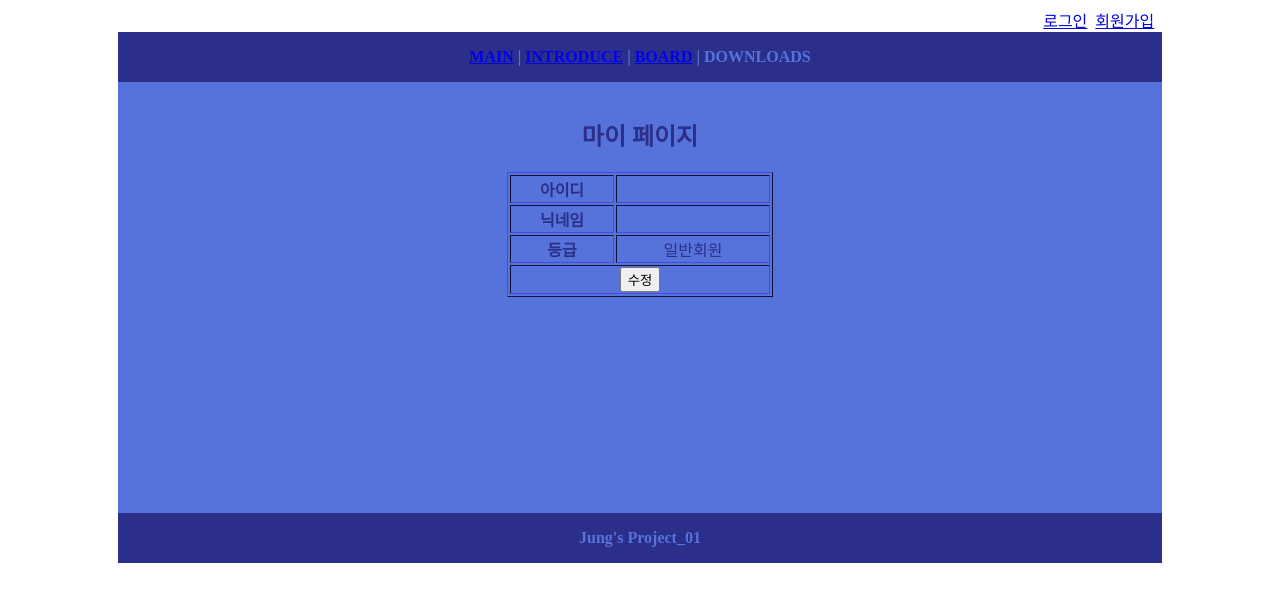
Repository: asas6306/Jungs_
Page: http://localhost/Board-Project1/WEB-INF/JSP/mypage.jsp
These files come from the project's save history. The page is drawn as it stood at one moment and after the next save; the edit follows.
The browser window is 1280 px wide. The pictures show the whole page.
The page is served by Tomcat 9. Nobody is signed in. The template is opened directly, without the code that normally fills it, so the values that code supplies are empty.

Above is the page before, as saved 2021-01-27 07:13:30.

After the next save:
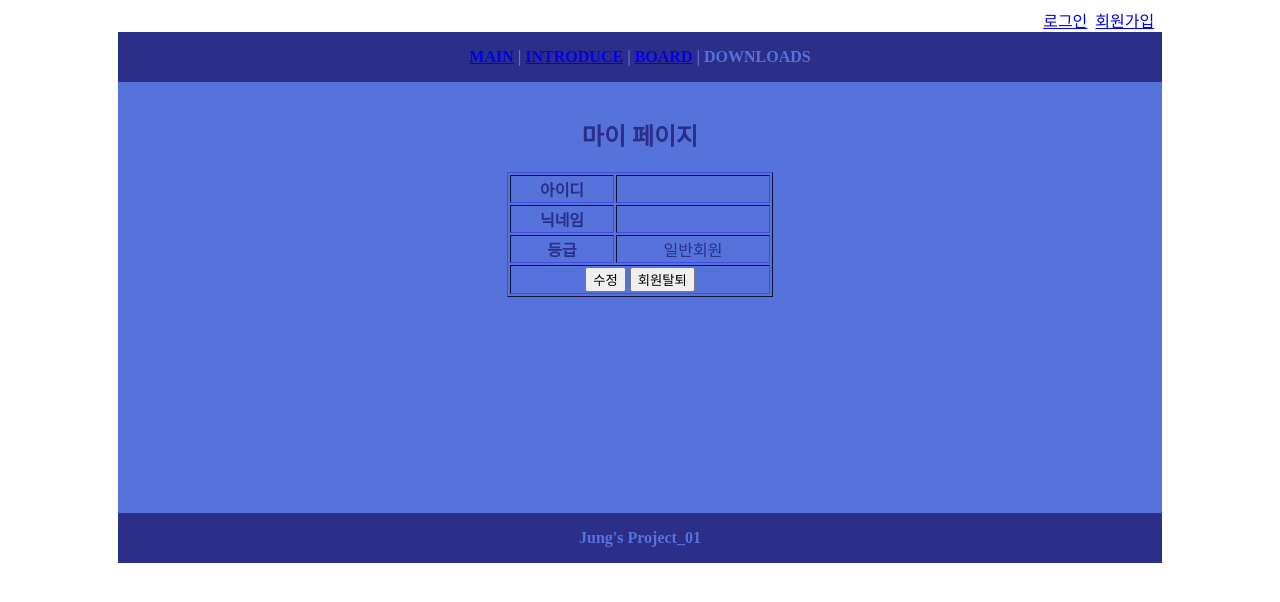
Saved 2 min 54 s later.
--- a/Board-Project1/WebContent/WEB-INF/JSP/mypage.jsp
+++ b/Board-Project1/WebContent/WEB-INF/JSP/mypage.jsp
@@ -20,7 +20,9 @@
 	</tr>
 	<tr>
 		<td colspan="2" align="center"><input type="button" value="수정"
-			onclick="location.href='/Board-Project1/member.do?action=PWcheck'">
+			onclick="location.href='/Board-Project1/member.do?action=PWcheck&page=update'">
+			<input type="button" value="회원탈퇴"
+			onclick="location.href='/Board-Project1/member.do?action=PWcheck&page=resign'">
 		</td>
 	</tr>
 </table>
